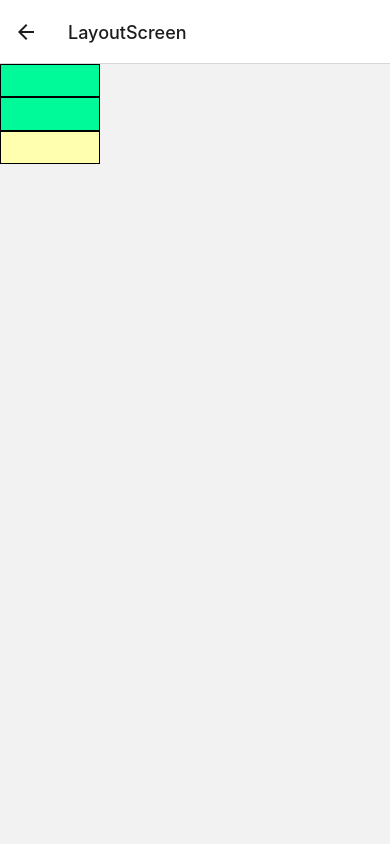
Repository: DS151-UFPR-2023/DS151_Israel-De-Quadros_EX4
Screen: /LayoutScreen
The author's editor kept a copy of each file at every save. The screen is drawn from the files as they stood at one save, then again after the next save.
The app was drawn by React Native's web renderer in a window 390 px wide. The project was rebuilt for these pictures with package versions that can differ from the ones it lists, and the page was loaded fresh each time. Also part of the build but not shown: src/components/style.js, src/components/title/index.js, src/components/result/index.js, src/components/form/index.js, src/components/main/index.js, src/components/novoComponente/index.js, src/components/counterScreen.js, src/components/ColorList.js.

Above is the screen before, as saved 2023-09-08 18:39:49.

After the next save:
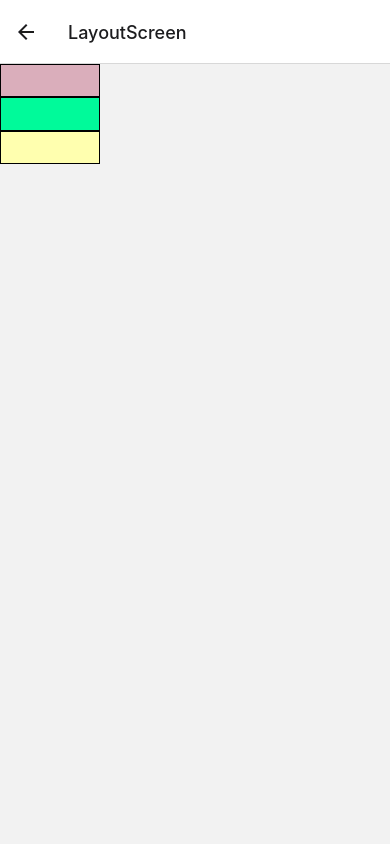
Saved 33 s later.
--- a/src/components/LayoutScreen.js
+++ b/src/components/LayoutScreen.js
@@ -19,7 +19,7 @@ const styles = StyleSheet.create({
     elm1 : {
         flex:1,
         borderWidth: 1,
-        backgroundColor: '#00FA9A',
+        backgroundColor: '#DAAEBB',
     },
     elm2 : {
         flex:1,
